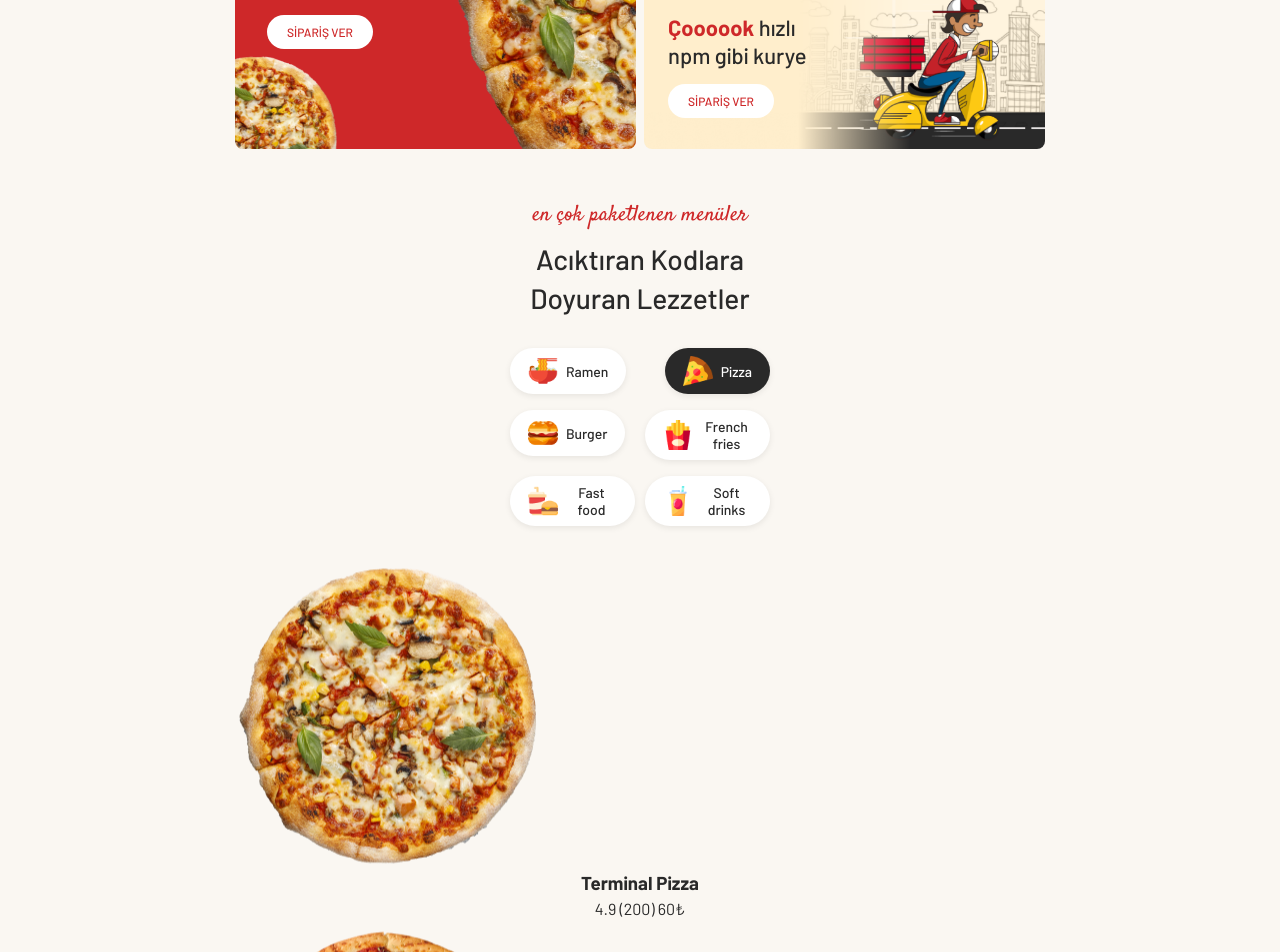
Repository: GozdeAybey/Pizza-HTML-CSS
Page: index.html
These files come from the project's save history. The page is drawn as it stood at one moment and after the next save; the edit follows.
The browser window is 1280 px wide. The pictures show the part of the page from y = 1020 to 1972 px (the page is 3996 px tall before and 3886 px after).
A picture or video elsewhere on the page could not be fetched, so the positions and the page height are approximate. Some web fonts or font styles are not loaded; a fallback is used.

Above is the page before, as saved 2026-10-28 12:38:55.

After the next save:
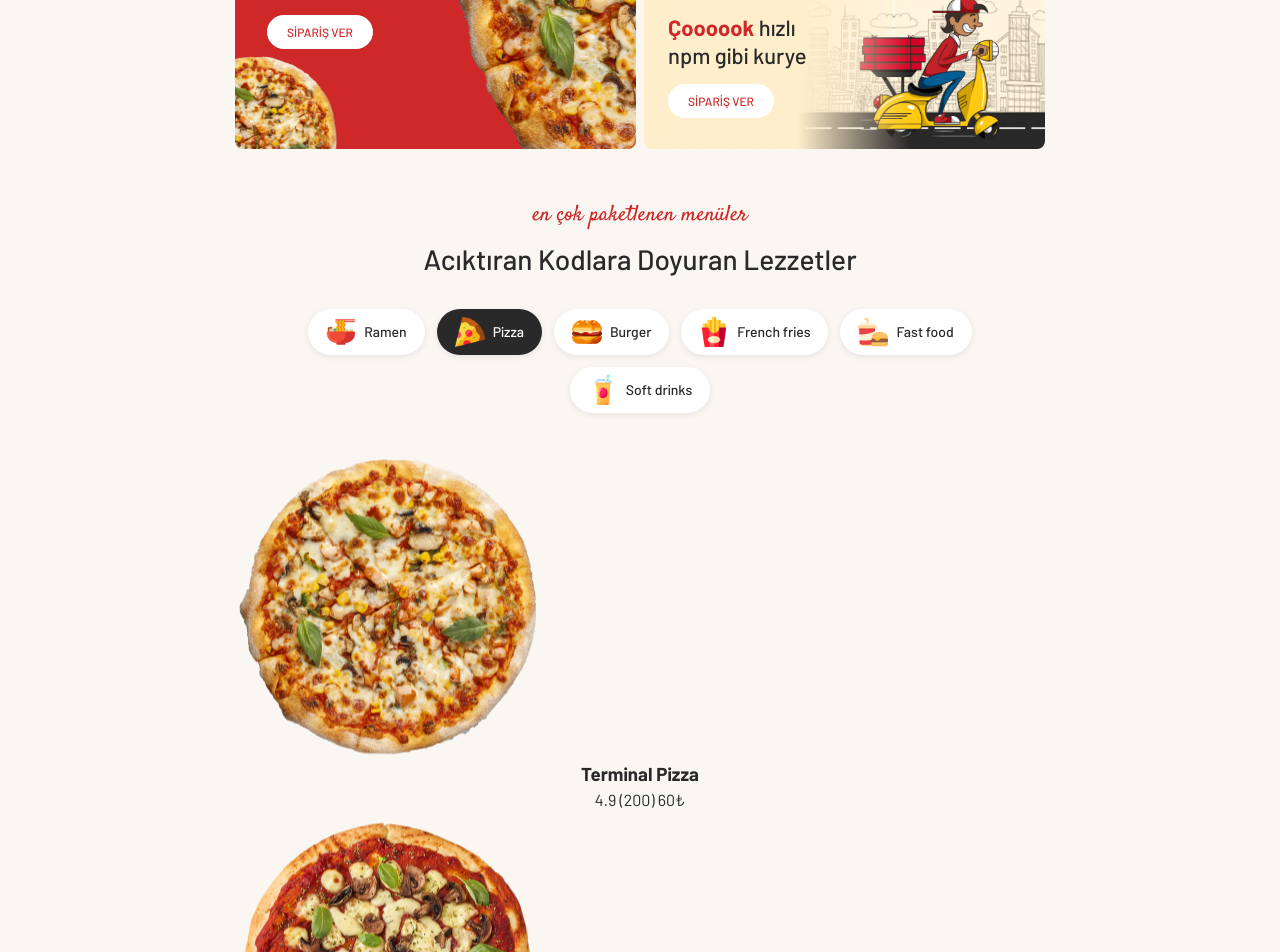
Saved 20 s later.
--- a/style.css
+++ b/style.css
@@ -286,4 +286,21 @@ a {
   .kurye {
     min-height: 160px;
   }
-}
+  .menu h2 {
+    max-width: none;
+  }
+
+  .filtreler {
+    display: flex;
+    flex-wrap: wrap;
+    justify-content: center;
+    gap: 12px;
+    max-width: none;
+    margin-bottom: 40px;
+  }
+
+  .urunler {
+    grid-template-columns: repeat(3, 1fr);
+    gap: 24px;
+  }
+}
